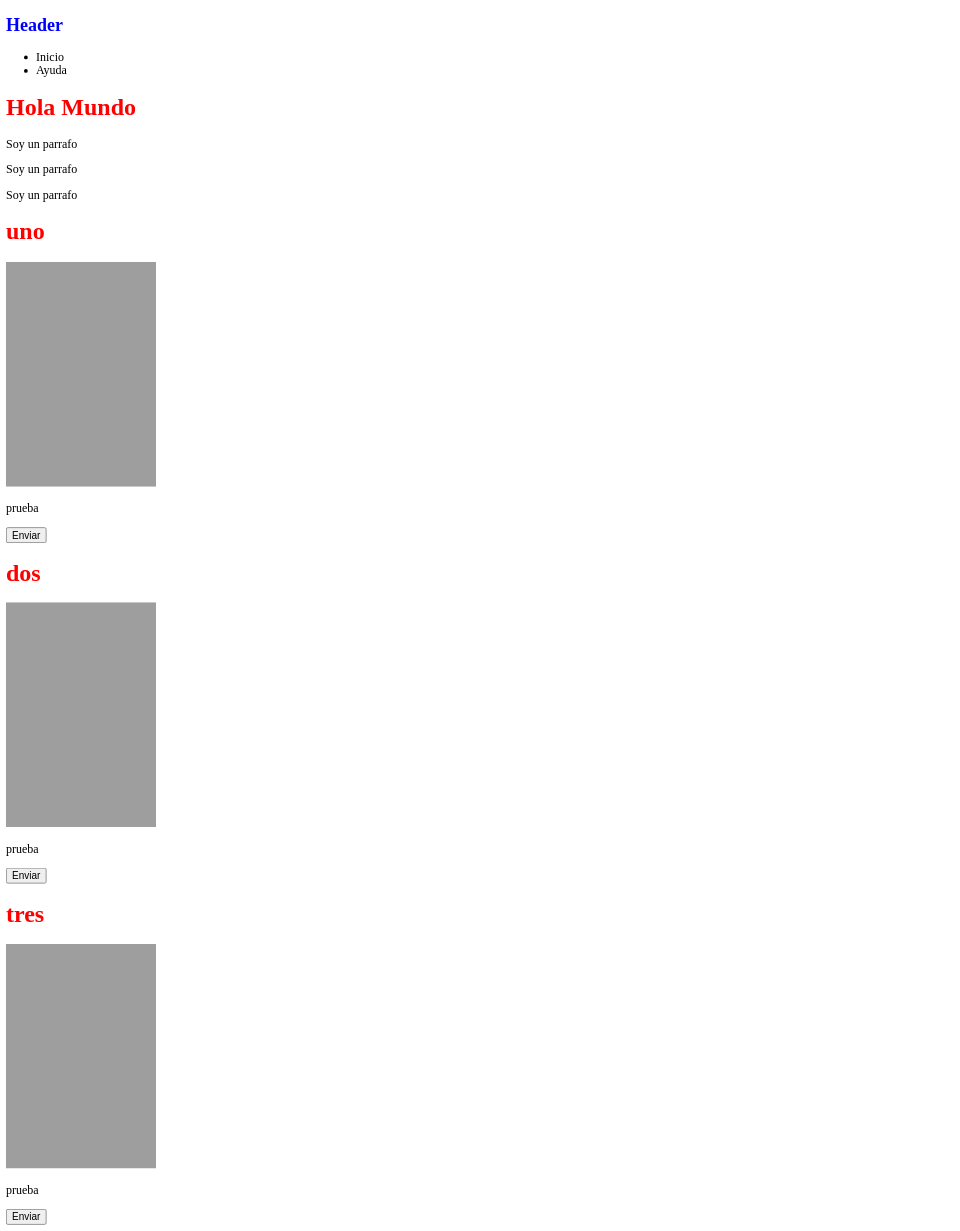
Repository: Klauditha/desafio_modulo_react
Page: / (app in 01_Introduccion/ClasePrincipal/)
An editor plug-in stored every save of this project. The page is shown before and after the next save, followed by the edit.
The browser window is 1280 px wide. The pictures show the whole page, at 75% of full size.
Pictures or frames that could not be fetched are drawn as grey boxes. The project was rebuilt for these pictures with package versions that can differ from the ones it lists, and the page was loaded fresh each time. Also part of the build but not shown: 01_Introduccion/ClasePrincipal/vite.config.js, 01_Introduccion/ClasePrincipal/src/index.css.

Above is the page before, as saved 2023-09-08 00:01:11.

After the next save:
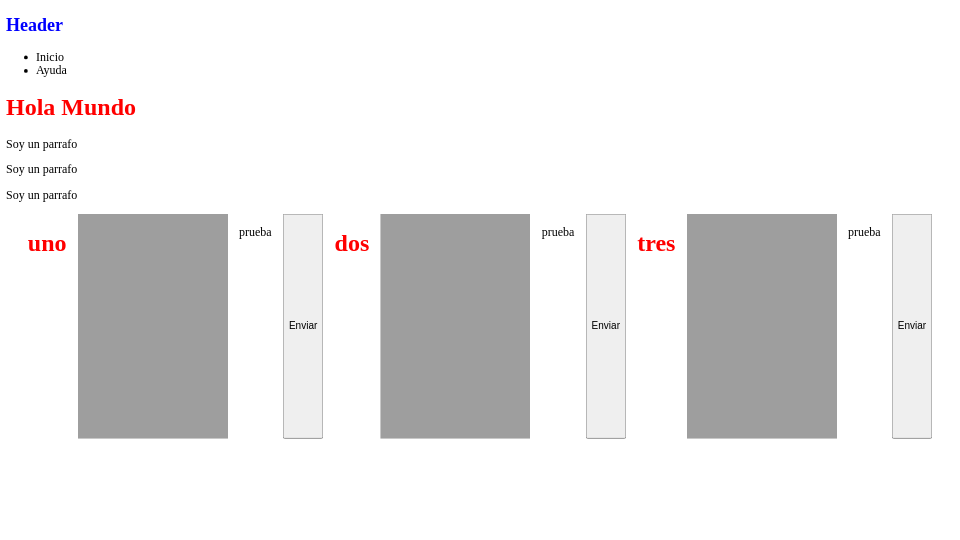
Saved 3 min 13 s later.
--- a/01_Introduccion/ClasePrincipal/src/App.css
+++ b/01_Introduccion/ClasePrincipal/src/App.css
@@ -5,3 +5,10 @@ h1{
 h2{
   color:blue
 }
+
+
+.container{
+  display:flex;
+  gap: 15px;
+  justify-content: center;
+}
